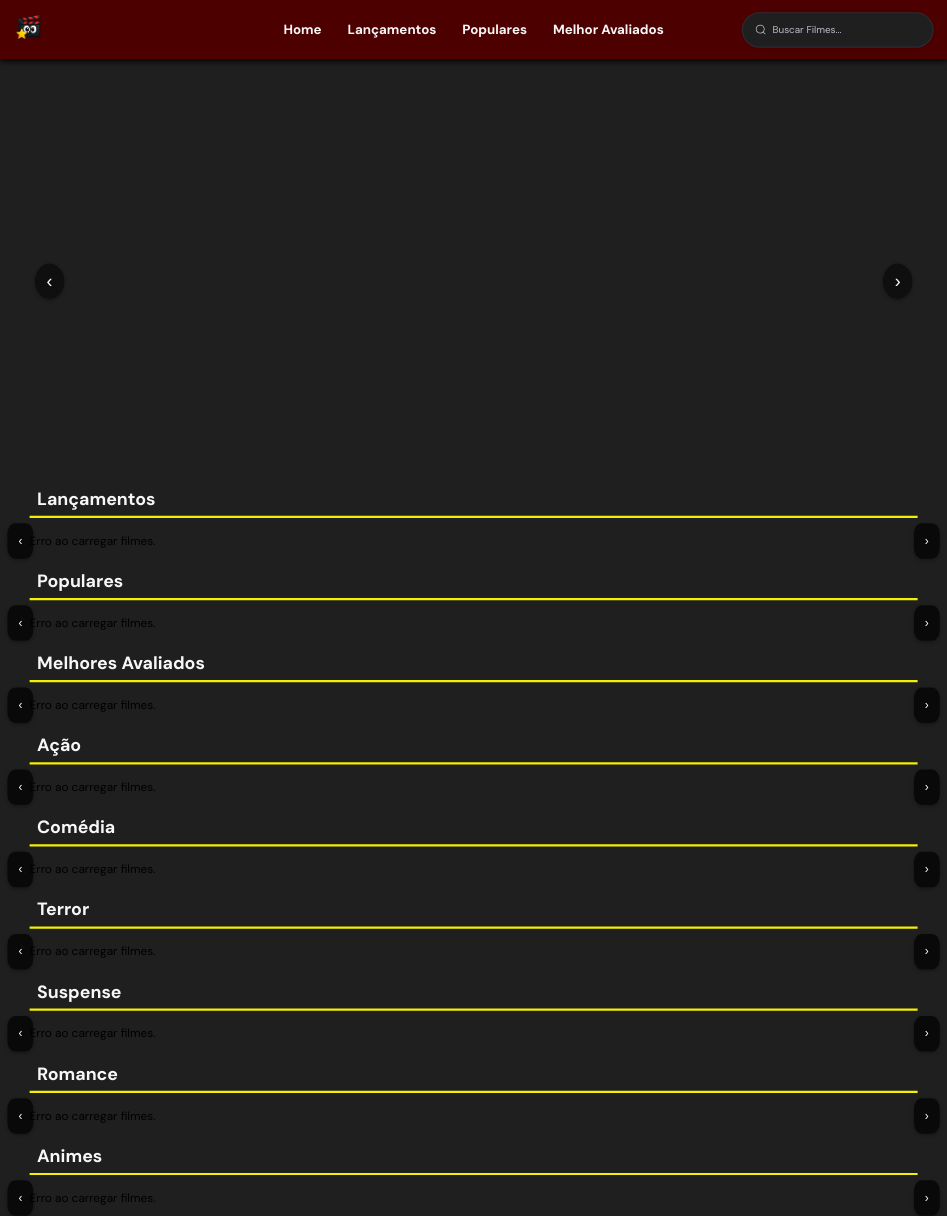
Repository: juanpablitozito/stat-viewer
Page: index.html
An editor plug-in stored every save of this project. The page is shown before and after a run of saves, followed by the edit.
The browser window is 1280 px wide. The pictures show the whole page, at 74% of full size.
The page's requests for data from a server got no answer.

Above is the page before, as saved 2025-10-01 21:18:52.

### index.html
<!DOCTYPE html>
<html lang="pt-br">
<head>
    <meta charset="UTF-8">
    <meta name="viewport" content="width=device-width, initial-scale=1.0">
    <link rel="shortcut icon" href="/assets/img/logo_stat.ico" type="image/x-icon">
    <title>Stat Viewer</title>
    <link rel="stylesheet" href="src/styles/style.css">
    <link rel="preconnect" href="https://fonts.googleapis.com">
    <link rel="preconnect" href="https://fonts.gstatic.com" crossorigin>
    <link href="https://fonts.googleapis.com/css2?family=DM+Sans:ital,opsz,wght@0,9..40,100..1000;1,9..40,100..1000&display=swap" rel="stylesheet">
    <script src="https://cdn.jsdelivr.net/npm/sweetalert2@11"></script>
</head>
<body>

    <header>
        <section class="nav-bar">

            <nav id="home">

                <a href="/src/pages/login.html"><img src="assets/img/logo_stat.ico" alt="logo" ></a>

                <ul>

                    <li><a href="#home">Home</a></li>
                    <li><a href="#lançamentos">Lançamentos</a></li>
                    <li><a href="#populares">Populares</a></li>
                    <li><a href="#melhoravaliados">Melhor Avaliados</a></li>
                </ul>

                <div class="search-container">
                  <div class="group">
                    <svg viewBox="0 0 24 24" aria-hidden="true" class="search-icon">
                      <g>
                        <path
                          d="M21.53 20.47l-3.66-3.66C19.195 15.24 20 13.214 20 11c0-4.97-4.03-9-9-9s-9 4.03-9 9 4.03 9 9 9c2.215 0 4.24-.804 5.808-2.13l3.66 3.66c.147.146.34.22.53.22s.385-.073.53-.22c.295-.293.295-.767.002-1.06zM3.5 11c0-4.135 3.365-7.5 7.5-7.5s7.5 3.365 7.5 7.5-3.365 7.5-7.5 7.5-7.5-3.365-7.5-7.5z"
                        ></path>
                      </g>
                    </svg>
                    <input
                      id="query"
                      class="input"
                      type="search"
                      placeholder="Buscar Filmes..."
                      name="searchbar"

                    />
                  </div>
                </div>

                <!-- Overlay para resultados da busca -->
                <div id="searchResultsOverlay" class="search-overlay hidden">
                  <div id="searchResults" class="search-results"></div>
                </div>
            </nav>

        </section>

    </header>
    <main>

      <section >
        <div class="carrossel">
          <div class="slides" id="slides">

          </div>

          <button class="btn anterior" onclick="voltarSlide()">‹</button>
          <button class="btn proximo" onclick="avancarSlide()">›</button>
        </div>
      </section>

      <section id="lançamentos">
        <h2>Lançamentos</h2>
        <div class="movie-section">
          <button class="prev-launches">‹</button>
          <div id="launches" class="movie-row"></div>
          <button class="next-launches">›</button>
        </div>
      </section>

      <section id="populares">
        <h2>Populares</h2>
        <div class="movie-section">
          <button class="prev-popular">‹</button>
          <div id="popular" class="movie-row"></div>
          <button class="next-popular">›</button>
        </div>
      </section>

      <section id="melhoravaliados">
        <h2>Melhores Avaliados</h2>
        <div class="movie-section">
          <button class="prev-topRated">‹</button>
          <div id="topRated" class="movie-row"></div>
          <button class="next-topRated">›</button>
        </div>
      </section>

      <section>
        <h2>Ação</h2>
        <div class="movie-section">
          <button class="prev-acao">‹</button>
          <div id="acao" class="movie-row"></div>
          <button class="next-acao">›</button>
        </div>
      </section>

      <section>
        <h2>Comédia</h2>
        <div class="movie-section">
          <button class="prev-comedia">‹</button>
          <div id="comedia" class="movie-row"></div>
          <button class="next-comedia">›</button>
        </div>
      </section>

      <section>
        <h2>Terror</h2>
        <div class="movie-section">
          <button class="prev-terror">‹</button>
          <div id="terror" class="movie-row"></div>
          <button class="next-terror">›</button>
        </div>
      </section>

      <section>
        <h2>Suspense</h2>
        <div class="movie-section">
          <button class="prev-suspense">‹</button>
          <div id="suspense" class="movie-row"></div>
          <button class="next-suspense">›</button>
        </div>
      </section>

      <section>
        <h2>Romance</h2>
        <div class="movie-section">
          <button class="prev-romance">‹</button>
          <div id="romance" class="movie-row"></div>
          <button class="next-romance">›</button>
        </div>
      </section>

      <section>
        <h2>Animes</h2>
        <div class="movie-section">
          <button class="prev-anime">‹</button>
          <div id="anime" class="movie-row"></div>
          <button class="next-anime">›</button>
        </div>
      </section>



    </main>

      <footer class="footer">

      </footer>

      <!-- Caixa de avaliaçao -->
      <div id="movieModal" class="modal hidden">
        <div class="modal-container">
        <div class="modal-image" id="modalBgImage"></div>
        <div class="modal-content">
          <span id="closeModal" class="close-button">&times;</span>

          <div class="modal-header">
            <h2 id="modalTitle"></h2>
            <p id="modalRating"></p>
            <p id="modalRelease"></p>
          </div>

          <hr>

          <div class="sinopse">

            <h5> Sinopse:</h5>

            <p id="modalOverview"></p>

          </div>

            <hr>


          <div id="modalTrailer">
            <!-- O trailer será inserido aqui via JavaScript -->
          </div>
        </div>
      </div>
    </div>



    <script src="src/js/script.js"></script>
</body>
</html>

### src/styles/style.css
/* Definindo o comportamento básico para todos os elementos */

:root{
  --cor-primaria: #1f1f1f;

  --accent-color: #a8a8a8;
  --highlight-color: #f7f7f7;
  --button-color: #fffb04f1;
  --button-hover-color: #fffb04bb;
  --segunda-cor: rgb(77, 0, 0);
  --text-color: #f7f7f7;
  --sombra: rgba(0, 0, 0, 1) 0px 2px 8px;
  --transition: all 0.3s ease;
  ;
}
* {
  box-sizing: border-box;  /* Inclui padding e bordas no tamanho total do elemento */
  scroll-behavior: smooth;  /* Aplica rolagem suave para a página */
  margin: 0;  /* Remove a margem padrão de todos os elementos */
  padding: 0;  /* Remove o padding padrão de todos os elementos */
}

/* Estilo para o corpo da página */
body {
  background-color: var(--cor-primaria);  /* Cor de fundo escura */
  font-family: DM Sans, sans-serif;  /* Fonte utilizada para o texto */
}

/* Estilo para a barra de navegação */
nav {
  position: fixed;
  z-index: 10001;
  width: 100%;
  top: 0;
  height: 80px;  /* Altura automática */
  background-color: var(--segunda-cor);  /* Cor de fundo da barra de navegação */
  display: flex;  /* Usando flexbox para organizar os itens */
  justify-content: space-between;  /* Espaça os itens entre si */
  align-items: center;  /* Alinha os itens verticalmente */
  padding: 5px 20px;  /* Espaçamento interno */
  box-shadow: var(--sombra);
}

/* Estilo para a lista de links de navegação */
ul {
  display: flex;  /* Exibe os itens da lista em linha */
  flex-direction: row;  /* Alinha os itens na horizontal */
  position: absolute;  /* Posição absoluta para centralizar */
  left: 50%;  /* Centraliza a lista */
  transform: translateX(-50%);  /* Ajusta a posição para exatamente o centro */
  list-style: none;  /* Remove os marcadores da lista */
  gap: 35px;  /* Espaço entre os itens */
}

/* Estilo dos links de navegação */
a {
  color: #f7f7f7;  /* Cor do texto do link */
  text-decoration: none;  /* Remove o sublinhado */
  font-size: 18px;  /* Tamanho da fonte */
  font-weight: bold;  /* Deixa o texto em negrito */
}

/* Efeito de hover nos links */
a:hover {
  color: #a8a8a8;  /* Cor ao passar o mouse */
  transition: 0.5s ease;  /* Transição suave */
}

/* Estilo para o logo na barra de navegação */
nav img {
  width: 3vw;  /* Largura do logo em relação à largura da tela */
}

/* Estilo para a barra de pesquisa */
.group {
  display: flex;  /* Exibe os elementos da barra de pesquisa em linha */
  line-height: 28px;  /* Alinha o texto verticalmente */
  align-items: center;  /* Alinha os itens verticalmente */
  position: relative;  /* Posição relativa para o ícone de pesquisa */
}

/* Estilo do campo de input da pesquisa */
.input {
  font-family: "DM Sans", sans-serif;  /* Fonte do campo de pesquisa */
  width: 20vw;
  height: 45px;  /* Altura do campo */
  padding-left: 2.5rem;  /* Espaçamento interno à esquerda */
  box-shadow: 0 0 0 1.5px #2b2c37, 0 0 25px -17px #000;  /* Sombra */
  border: 0;  /* Remove a borda */
  border-radius: 30px;  /* Bordas arredondadas */
  background-color: var(--cor-primaria);  /* Cor de fundo */
  outline: none;  /* Remove o contorno padrão */
  color: #bdbecb;  /* Cor do texto */
  transition: all 0.25s cubic-bezier(0.19, 1, 0.22, 1);  /* Transição suave */
  cursor: text;  /* Aponta o cursor de texto */
  z-index: 0;  /* Define a camada do elemento */
}

/* Estilo para o texto do placeholder */
.input::placeholder {
  color: #bdbecb;  /* Cor do placeholder */
}

/* Efeito de hover no campo de input */
.input:hover {
  box-shadow: 0 0 0 2.5px #2f303d, 0px 0px 25px -15px #000;  /* Sombra maior */
}

/* Efeito quando o campo é clicado */
.input:active {
  transform: scale(0.95);  /* Reduz o tamanho ao ser clicado */
}

/* Efeito quando o campo de input está em foco */
.input:focus {
  box-shadow: 0 0 0 2.5px #2f303d;  /* Aplica sombra ao focar */
}

/* Estilo para o ícone de pesquisa */
.search-icon {
  position: absolute;  /* Posição absoluta dentro do campo de pesquisa */
  left: 1rem;  /* Alinhamento à esquerda */
  fill: #bdbecb;  /* Cor do ícone */
  width: 1rem;  /* Largura do ícone */
  height: 1rem;  /* Altura do ícone */
  pointer-events: none;  /* Não interage com o ícone */
  z-index: 1;  /* Define a camada do ícone */
}

/* Estilo do carrossel de filmes */
.carrossel {
  position: relative;  /* Posição relativa */
  width: 95vw;  /* Largura do carrossel */
  height: 600px;  /* Altura do carrossel */
  margin: 130px auto 10px;  /* Margem automática para centralizar */
  overflow: hidden;  /* Oculta qualquer conteúdo fora da área visível */
  border-radius: 10px;  /* Bordas arredondadas */
  box-shadow: 0 4px 10px var(--sombra);  /* Sombra para o carrossel */
}

/* Estilo para os slides dentro do carrossel */
.slides {
  display: flex;  /* Exibe os slides em linha */
  transition: transform 1.5s ease-in-out;  /* Transição suave para mover os slides */
  height: 100%;  /* Altura do slide é igual à do carrossel */
}

/* Estilo para as imagens dos slides */
.slides img {
  width: 100%;  /* Largura total do slide */
  height: 100%;  /* Altura total do slide */
  flex-shrink: 0;  /* Impede o encolhimento da imagem */
}

/* Estilo dos botões de navegação do carrossel */
.btn {
  position: absolute;  /* Posição absoluta dentro do carrossel */
  top: 50%;  /* Centraliza verticalmente */
  transform: translateY(-50%);  /* Ajusta o alinhamento vertical */
  background: rgba(0, 0, 0, 0.5);  /* Cor de fundo com transparência */
  color: white;  /* Cor do texto */
  border: none;  /* Remove a borda */
  padding: 10px 16px;  /* Espaçamento interno */
  font-size: 24px;  /* Tamanho da fonte */
  cursor: pointer;  /* Cursor de ponteiro para indicar que é clicável */
  border-radius: 50%;  /* Botões arredondados */
}

/* Estilo para o botão anterior */
.btn.anterior {
  left: 15px;  /* Posição à esquerda */
}

/* Estilo para o botão próximo */
.btn.proximo {
  right: 15px;  /* Posição à direita */
}

/* Efeito de hover nos botões */
.btn:hover {
  background: rgba(0, 0, 0, 0.7);  /* Altera a cor do fundo ao passar o mouse */
}

/* Estilo para o catálogo de filmes */
h1 {
  text-align: center;  /* Centraliza o texto */
  padding: 10px 20px;  /* Espaçamento interno */
  margin: 10px;  /* Margem externa */
  color: #f7f7f7;  /* Cor do texto */
}

/* Estilo para o subtítulo do catálogo */
h2 {
      padding: 8px 10px;
    margin: 20px 40px;
    color: #f7f7f7;
    border-bottom: 3px solid var(--button-color);
  color: #f7f7f7;  /* Cor do texto */
}

/* Estilo para os cards de filmes */
.movie-section {
  display: flex;  /* Exibe os filmes em linha */
  align-items: center;  /* Alinha verticalmente */
  position: relative;  /* Define contexto para os botões */
}

/* Estilo para a linha de filmes */
.movie-row {
  display: flex;  /* Exibe os filmes em linha */
  overflow-x: hidden;  /* Oculta a barra de rolagem horizontal */
  scroll-behavior: smooth;  /* Rolagem suave */
  position: relative;  /* Define contexto para os botões */
  margin: 0 40px;  /* Margem externa */
}

/* Estilo para cada card de filme */
.card-movie {
  width: 200px;  /* Largura do card */
  height: 350px;  /* Altura do card */
  border-radius: 8px;  /* Bordas arredondadas */
  overflow: hidden;  /* Oculta qualquer conteúdo fora do card */
  text-align: center;  /* Centraliza o texto */
  padding: 10px;  /* Espaçamento interno */
  flex: 0 0 auto;  /* Impede o encolhimento do card */
  display: flex;  /* Exibe o conteúdo do card em flex */
  flex-direction: column;  /* Alinha o conteúdo do card na vertical */
  justify-content: space-between;  /* Espaço entre os elementos do card */
}

/* Estilo para as imagens dentro do card */
.card-movie img {
  width: 100%;  /* Largura total da imagem */
  height: 300px;  /* Altura da imagem */
  border-radius: 8px;  /* Bordas arredondadas */
  object-fit: cover;  /* Preenche o espaço do card com a imagem */
  object-position: center;  /* Centraliza a imagem */
  cursor: pointer;
  box-shadow: var(--sombra)
}

.card-movie img:hover {
  transform: scale(1.10);
  transition: var(--transition);
  box-shadow: 0 4px 20px var(--sombra);
}
.card-movie h3 {
  display: none;
}

/* Estilo para os botões de navegação */
section button {
  background-color: rgba(0, 0, 0, 0.5);  /* Cor de fundo semitransparente */
  color: white;  /* Cor do texto */
  border: none;  /* Remove as bordas padrão */
  padding: 10px 20px;  /* Espaçamento interno */
  font-size: 16px;  /* Tamanho da fonte */
  cursor: pointer;  /* Cursor de ponteiro */
  transition: background-color 0.3s ease;  /* Transição suave para a cor de fundo */
  position: absolute;  /* Posição absoluta dentro do carrossel */
  top: 50%;  /* Centraliza verticalmente */
  transform: translateY(-50%);  /* Ajusta o alinhamento vertical */
  z-index: 10;  /* Garante que o botão fique acima do conteúdo */
  background-color: rgba(0, 0, 0, 0.7);  /* Fundo com maior transparência */
  padding: 15px;  /* Aumenta o tamanho dos botões */
  border-radius: 30%;  /* Botões arredondados */
  box-shadow: 0 2px 5px rgba(0, 0, 0, 0.3);  /* Sombra nos botões */
}

/* Efeito de hover nos botões */
section button:hover {
  background-color: rgba(0, 0, 0, 0.9);  /* Altera a cor do fundo ao passar o mouse */
}

/* Estilos específicos para os carrosséis de filmes */
#launches, #popular, #topRated, #acao, #comedia, #terror, #suspense, #romance, #anime {
  position: relative;  /* Posição relativa para os botões */
}

/* Estilo para o botão de "Anterior" nos filmes */
.prev-launches, .prev-popular, .prev-topRated, .prev-acao, .prev-comedia, .prev-terror, .prev-suspense, .prev-romance, .prev-anime {
  left: 10px;  /* Posição à esquerda */
}

/* Estilo para o botão de "Próximo" nos filmes */
.next-launches, .next-popular, .next-topRated, .next-acao, .next-comedia, .next-terror, .next-suspense, .next-romance, .next-anime {
  right: 10px;  /* Posição à direita */
}

.modal {
  position: fixed;
  inset: 0;
  background-color: rgba(0, 0, 0, 0.85);
  display: flex;
  align-items: center;
  justify-content: center;
  z-index: 9999;
}

hr{
  margin: 20px 0;
}

.modal-container {
  display: flex;
  width: 90%;
  max-width: 900px;
  height: 500px;
  background-color: #1f1f1f;
  border-radius: 8px;
  overflow: hidden;
  color: white;
}

.modal-image {
  flex: 0 0 35%;
  background-size: cover;
  background-position: center;
  background-repeat: no-repeat;
  min-height: 100%;
}

#modalTitle{
  padding: 0;
  margin: 0;
}

#modalRating{
  position: absolute;
  top: 35px;
  right: 100px;
}

.btn-trailer{
  padding: 10px 20px;
  background-color: orange;
  border: 1px solid white;
  border-radius: 1px;
}

.btn-trailer:hover{
  background-color: rgb(187, 124, 6);
  border: 1px solid white;
  cursor: pointer;
}

h5{
  font-size: 18px;
  margin: 0;
  padding: 0;
}

.sinopse{
  margin: 20px 0;
}

#modalOverview{
  font-family:'Montserrat', sans-serif;
  color: #a8a8a8;
  width: 100%;
  margin: 0;
}

.modal-content {
  background-color: #1f1f1f;
  padding: 30px;
  border-radius: 10px;
  max-width: 800px;
  max-height: 800px;
  height: 100%;
  width: 100%;
  color: #f7f7f7;
  position: relative;
}

.close-button {
  position: absolute;
  top: 10px;
  right: 15px;
  font-size: 22px;
  cursor: pointer;
}

.hidden {
  display: none;
}

/* Caixa de Pesquisa */

.search-overlay {
  position: fixed;
  top: 70px;
  left: 0;
  right: 0;
  bottom: 0;
  background-color: rgba(0, 0, 0, 0.95);
  z-index: 999;
  overflow-y: auto;
  padding: 20px;
}

.search-results {
  display: flex;
  flex-wrap: wrap;
  gap: 20px;
}

.hidden {
  display: none;
}

.meu-popup {
  background: #1f1f1f;
  border-radius: 20px;
  box-shadow: 10px 10px  100px rgba(255, 0, 0, 0.589);
}

.meu-titulo {
  font-family: 'Poppins', sans-serif;
  color: #fff;
  border: none;
}

.meu-botao {
  background-color: var(--segunda-cor);
  color: var(--text-color);

  transition: var(--transition);
  border-radius: 10px;
  padding: 8px 20px;
border: none;
}

.meu-botao:hover {
  background-color: #4d000080;
  color: var(--text-color);
  transform: translate(1.05);

}

/* Responsividade*/

@media (max-width: 767px) {
  /* Ajustes na barra de navegação */
  nav {
    flex-direction: column;
    padding: 10px;
    height: auto;
  }

  nav img {
    width: 40px;
    margin-bottom: 10px;
  }

  ul {
    position: static;
    transform: none;
    flex-wrap: wrap;
    justify-content: center;
    gap: 15px;
    margin-top: 10px;
    margin-bottom: 10px;
  }

  .search-container {
    width: 100%;
    margin-top: 10px;
  }

  .input {
    width: 100%;
  }

  /* Ajustes no carrossel */
  .carrossel {
    height: 200px;
    margin: 70px auto 20px;
  }

  /* Ajustes nas seções de filmes */
  h2 {
    padding: 10px 20px;
    font-size: 1.2rem;
  }

  .movie-section {
    margin: 0;
  }

  .movie-row {
    margin: 0 15px;
    scroll-padding: 0 15px;
  }

  .card-movie {
    width: 150px;
    height: 250px;
  }

  .card-movie img {
    height: 200px;
  }

  section button {
    padding: 8px;
    font-size: 12px;
  }

  /* Modal */
  .modal-container {
    flex-direction: column;
    height: auto;
    max-height: 90vh;
    overflow-y: auto;
  }

  .modal-image {
    flex: 0 0 200px;
    min-height: 200px;
  }

  .modal-content {
    padding: 15px;
  }

  /* Overlay de busca */
  .search-overlay {
    top: 150px;
  }

  .search-results {
    justify-content: center;
  }
}

/* Telas médias (tablets, 768px a 1023px) */
@media (min-width: 768px) and (max-width: 1023px) {
  /* Ajustes na barra de navegação */
  nav {
    padding: 10px 15px;
  }

  nav img {
    width: 30px;
  }

  ul {
    gap: 20px;
  }

  .input {
    width: 25vw;
  }

  /* Ajustes no carrossel */
  .carrossel {
    height: 400px;
    margin: 80px auto 30px;
  }

  /* Ajustes nas seções de filmes */
  h2 {
    padding: 15px 30px;
  }

  .movie-row {
    margin: 0 30px;
  }

  .card-movie {
    width: 180px;
    height: 300px;
  }

  .card-movie img {
    height: 250px;
  }

  /* Modal */
  .modal-container {
    height: 70vh;
  }

  .modal-image {
    flex: 0 0 30%;
  }
}

/* Telas grandes (notebooks e desktops, 1024px a 1439px) */
@media (min-width: 1024px) and (max-width: 1439px) {
  /* Ajustes no carrossel */
  .carrossel {
    height: 500px;
  }

  /* Ajustes nas seções de filmes */
  .card-movie {
    width: 190px;
    height: 320px;
  }

  .card-movie img {
    height: 270px;
  }
}

Loaded but not shown: src/js/script.js (488 lines, source omitted)

After the next 2 saves:
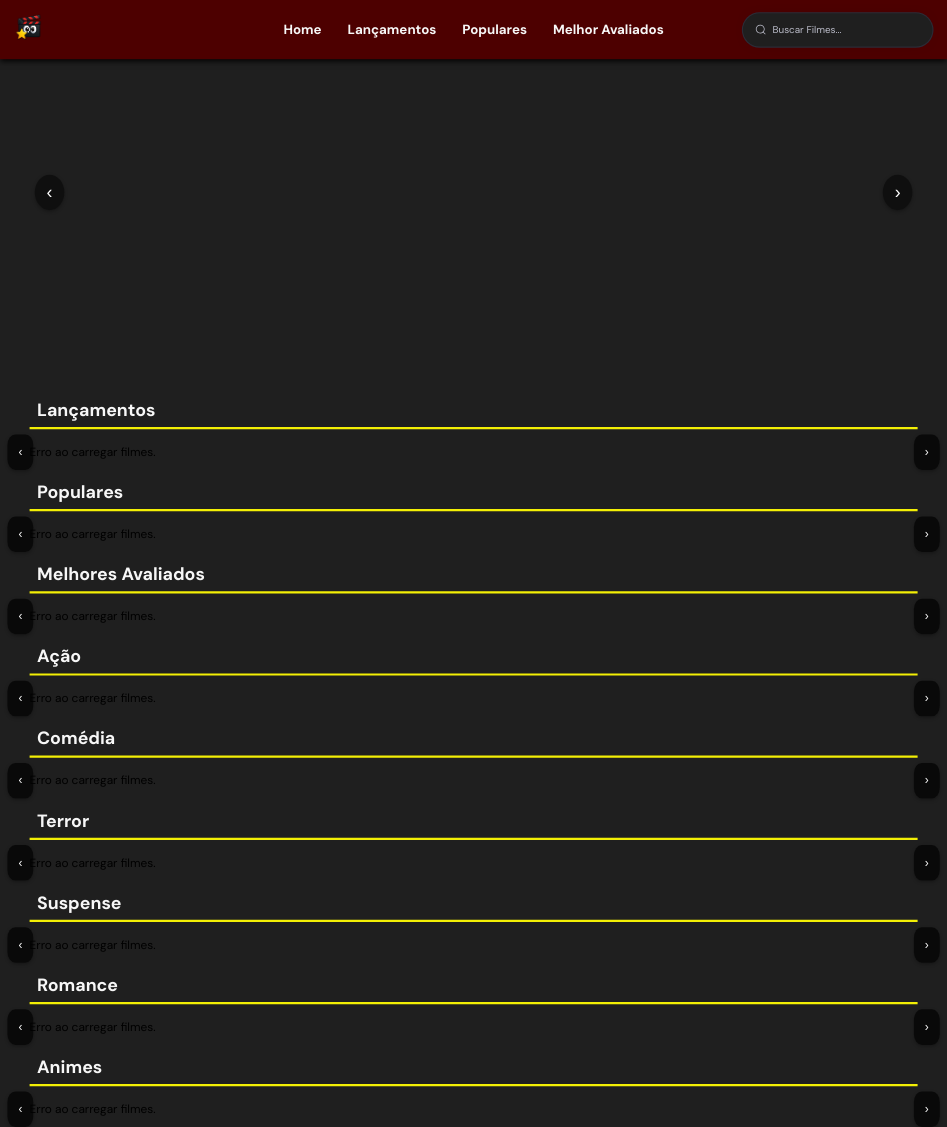
The 2 saves are shown as one change because they came seconds apart.
The last was saved 8 s later.
--- a/src/styles/style.css
+++ b/src/styles/style.css
@@ -132,7 +132,7 @@ nav img {
   position: relative;  /* Posição relativa */
   width: 95vw;  /* Largura do carrossel */
   height: 600px;  /* Altura do carrossel */
-  margin: 130px auto 10px;  /* Margem automática para centralizar */
+  margin: 10px auto 20px;  /* Margem automática para centralizar */
   overflow: hidden;  /* Oculta qualquer conteúdo fora da área visível */
   border-radius: 10px;  /* Bordas arredondadas */
   box-shadow: 0 4px 10px var(--sombra);  /* Sombra para o carrossel */
